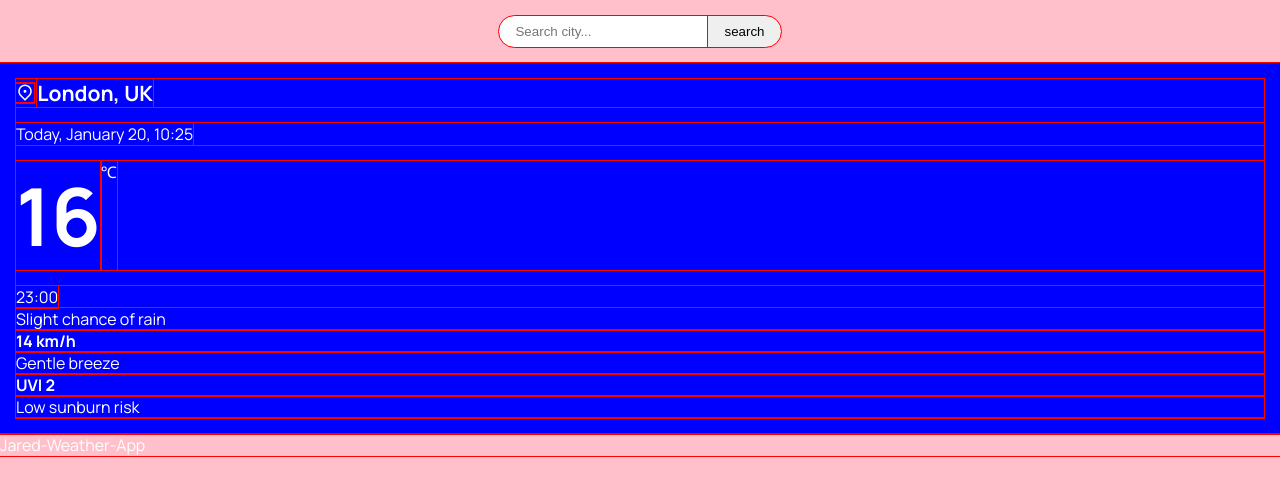
Repository: EguJaredoBoyd/Jared-Weather-App
Page: main.html
An editor plug-in stored every save of this project. The page is shown before and after the next save, followed by the edit.
The browser window is 1280 px wide. The pictures show the whole page.
Some web libraries are served in a nearby version.

Above is the page before, as saved 2026-01-22 01:06:50.

After the next save:
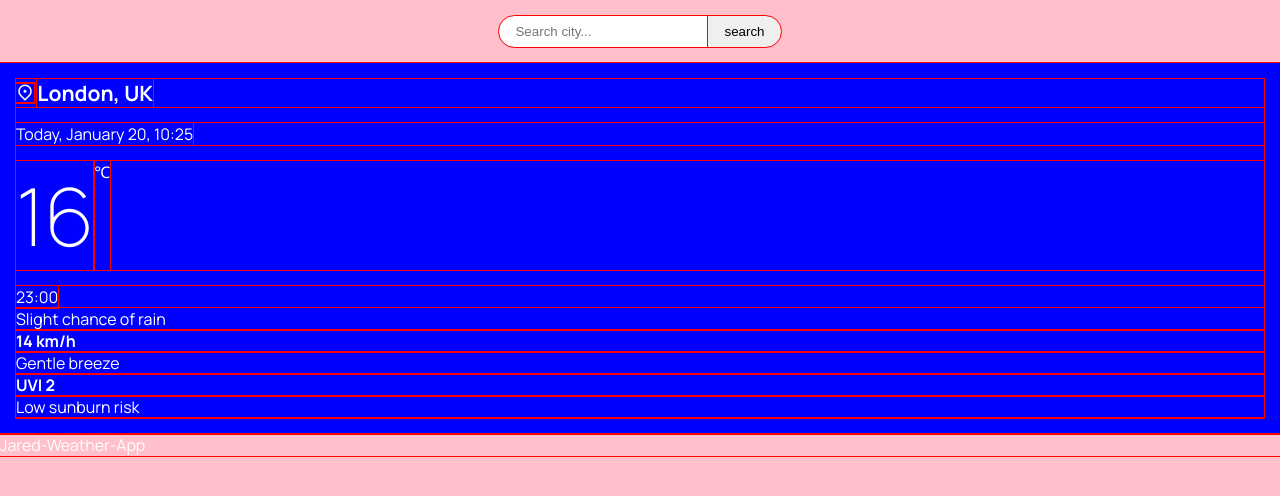
Saved 5 s later.
--- a/css/styles.css
+++ b/css/styles.css
@@ -76,5 +76,5 @@ main {
 
 .place-temperature__measure h3 {
   font-size: 5rem;
-  font-weight:;
+  font-weight: 100;
 }
